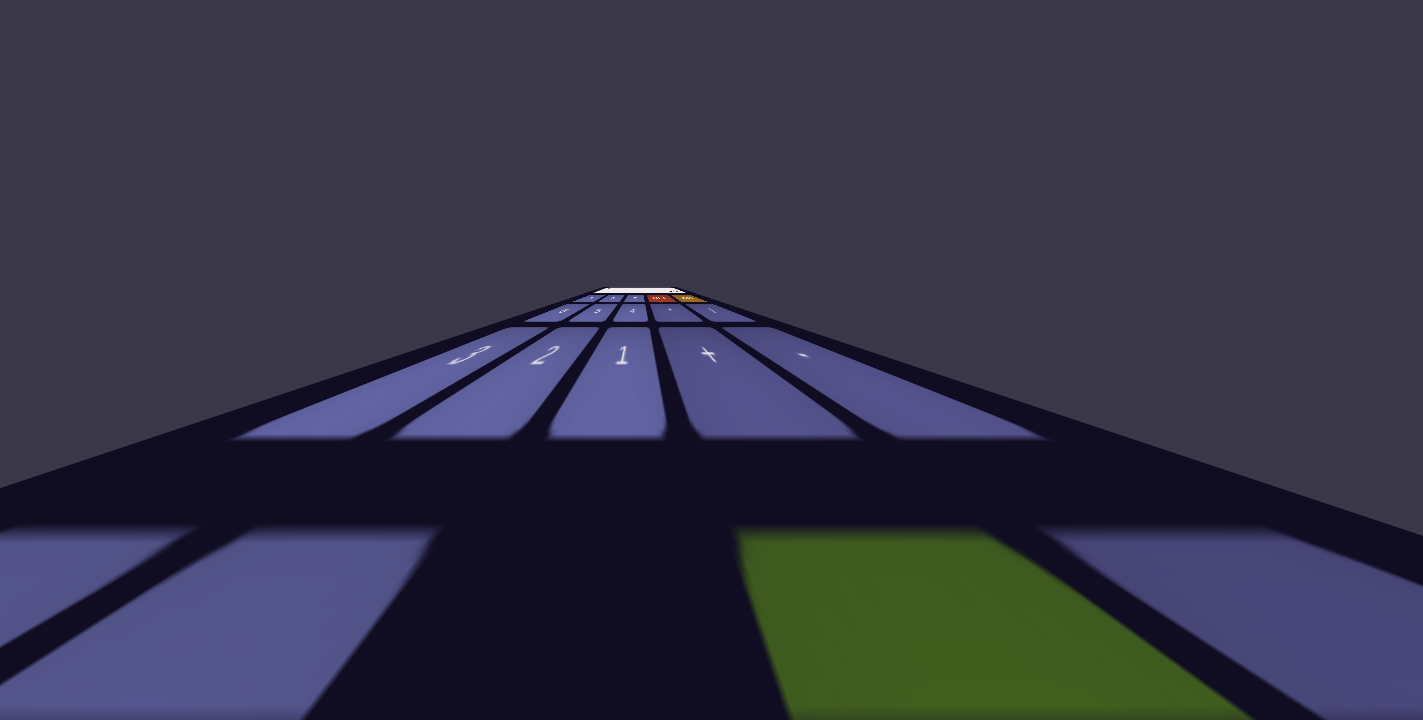
Repository: Bishek666/simple-calculator
Page: /
The author's editor kept a copy of each file at every save. The page is drawn from the files as they stood at one save, then again after the next save.
The browser window is 1280 px wide. The page is 1423 px wide, then 1280 px, so the pictures cover 1423 px, including what lies to the right of the window. The pictures show the whole page.
The project was rebuilt for these pictures with package versions that can differ from the ones it lists, and the page was loaded fresh each time.

Above is the page before, as saved 2021-10-27 08:39:42.

After the next save:
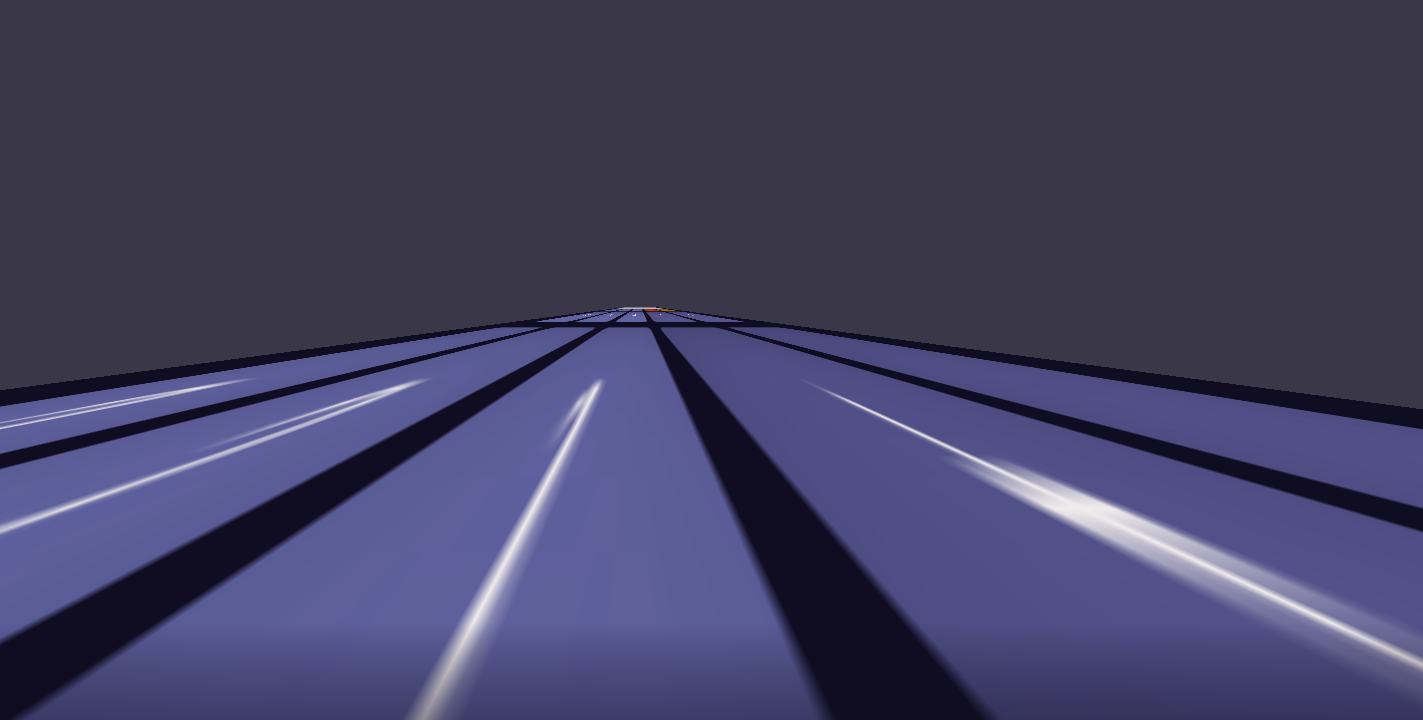
Saved 8 s later.
--- a/src/index.css
+++ b/src/index.css
@@ -33,7 +33,7 @@ button {
 }
 
 .visual {
-    perspective: 50px;
+    perspective: 20px;
 }
 
 .container-calculator {
